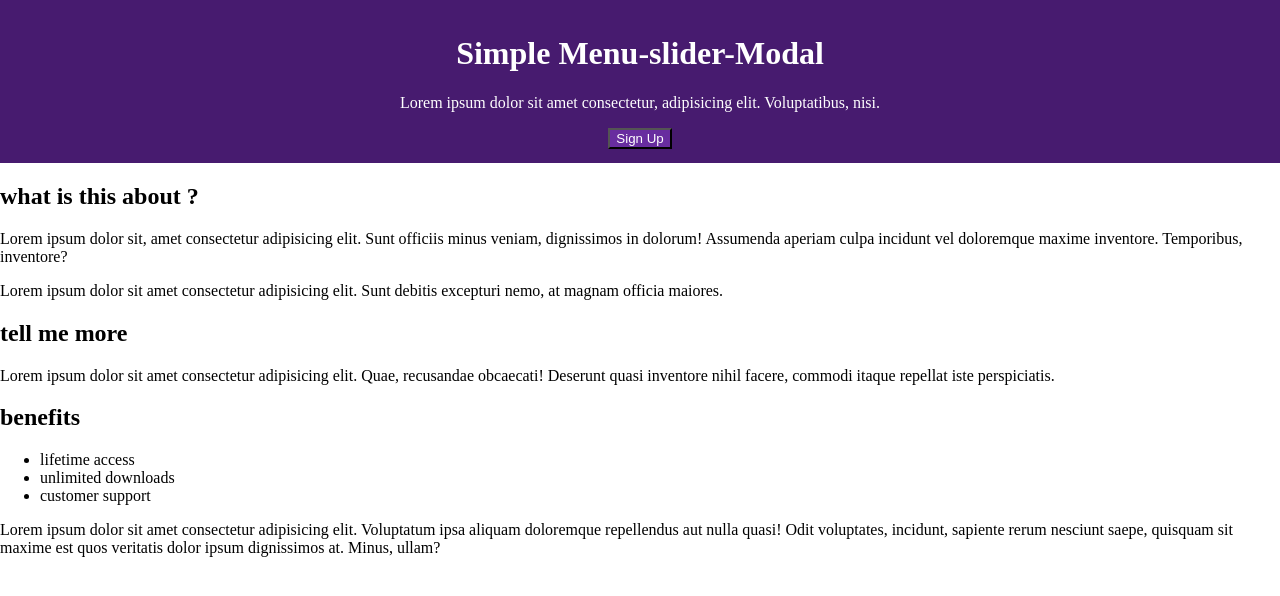
Repository: lilo750/Menu-Slider-modal
Page: index.html
These files come from the project's save history. The page is drawn as it stood at one moment and after a run of saves; the edit follows.
The browser window is 1280 px wide. The pictures show the whole page.

Above is the page before, as saved 2024-01-14 14:03:44.

After the next 2 saves:
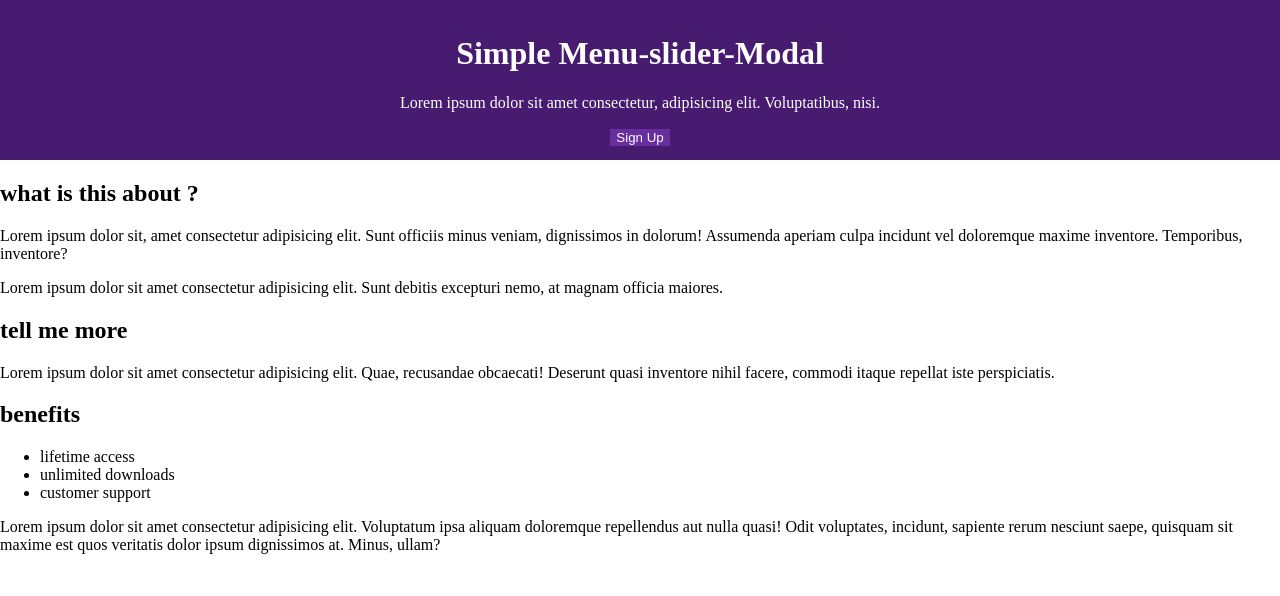
The 2 saves are shown as one change because they came seconds apart.
The last was saved 9 s later.
--- a/assets/style.css
+++ b/assets/style.css
@@ -13,6 +13,7 @@ header {
     #signUp-btn {
         background-color: rgb(104, 45, 159);
         color: inherit;
-        outline: 0;
+        /* outline: 0; */
+        border: 0;
     }
 }
